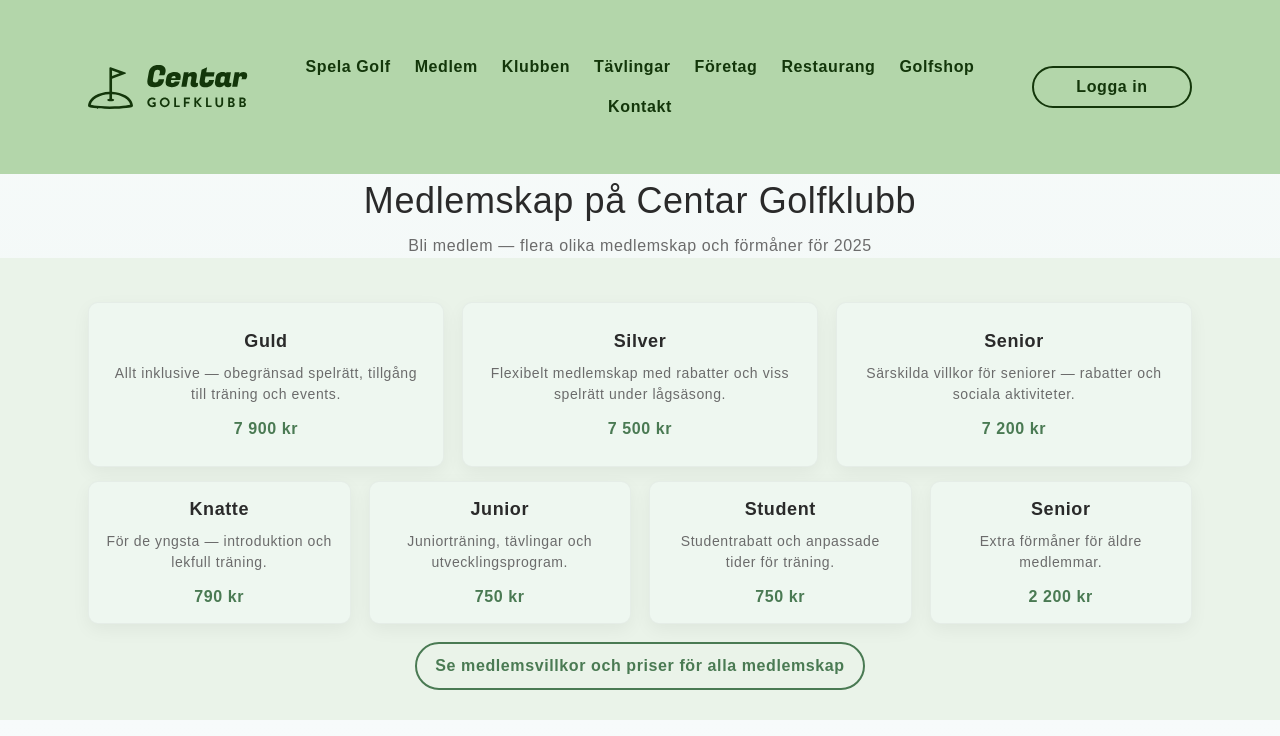
Repository: Tamana831/GolfklubbCentar
Page: Medlem.html
An editor plug-in stored every save of this project. The page is shown before and after the next save, followed by the edit.
The browser window is 1280 px wide. The pictures show the part of the page from y = 0 to 736 px (the page is 2431 px tall before and 2491 px after).
A picture or video elsewhere on the page could not be fetched, so the positions and the page height are approximate.

Above is the page before, as saved 2025-10-22 12:20:22.

### Medlem.html
<!DOCTYPE html>
<html lang="sv">
  <head>
    <meta charset="UTF-8" />
    <meta name="viewport" content="width=device-width, initial-scale=1.0" />
    <title>Medlemskap – Centar GK</title>

    <!-- CSS -->
    <link rel="stylesheet" href="styles/variables.css" />
    <link rel="stylesheet" href="styles/base.css" />
    <link rel="stylesheet" href="styles/medlem.css" />
  </head>

  <body>
    <!-- HEADER -->
    <header class="bg-green-mid">
      <nav class="container main-nav-wrapper">
        <a href="#">
          <img src="images/centar_logotype_primary_dark.svg" alt="Centar logotype" class="logotype" />
        </a>

        <input type="checkbox" id="menu-toggle" />
        <label for="menu-toggle" class="menu-button-container">
          <span class="menu-button"></span>
        </label>

        <div class="menu-wrapper">
          <ul>
            <li><a href="spelagolf.html">Spela Golf</a></li>
            <li><a href="medlem.html">Medlem</a></li>
            <li><a href="klubben.html">Klubben</a></li>
            <li><a href="tavling.html">Tävlingar</a></li>
            <li><a href="foretag.html">Företag</a></li>
            <li><a href="restaurang.html">Restaurang</a></li>
            <li><a href="golfshop.html">Golfshop</a></li>
            <li><a href="kontakt.html">Kontakt</a></li>
          </ul>

          <a href="#" class="button btn-primary-outline">Logga in</a>
        </div>
      </nav>
    </header>


  <!-- RUBRIK -->
    <section class="container">

    </section>

    <!-- MEDLEMSKORT -->
    <div class="container">
        <h1 class="page-title">Medlemskap på Centar Golfklubb</h1>
        <p class="subtitle">Bli medlem — flera olika medlemskap och förmåner för 2025</p>
      </div>
    <section class="memberships">
      <div class="container">
        <div class="cards-grid cards-grid-top">
          <article class="card">
            <h3>Guld</h3>
            <p class="card-text">Allt inklusive — obegränsad spelrätt, tillgång till träning och events.</p>
            <div class="price">7 900 kr</div>
          </article>

          <article class="card">
            <h3>Silver</h3>
            <p class="card-text">Flexibelt medlemskap med rabatter och viss spelrätt under lågsäsong.</p>
            <div class="price">7 500 kr</div>
          </article>

          <article class="card">
            <h3>Senior</h3>
            <p class="card-text">Särskilda villkor för seniorer — rabatter och sociala aktiviteter.</p>
            <div class="price">7 200 kr</div>
          </article>
        </div>

        <div class="cards-grid cards-grid-bottom">
          <article class="card small">
            <h4>Knatte</h4>
            <p class="card-text">För de yngsta — introduktion och lekfull träning.</p>
            <div class="price">790 kr</div>
          </article>

          <article class="card small">
            <h4>Junior</h4>
            <p class="card-text">Juniorträning, tävlingar och utvecklingsprogram.</p>
            <div class="price">750 kr</div>
          </article>

          <article class="card small">
            <h4>Student</h4>
            <p class="card-text">Studentrabatt och anpassade tider för träning.</p>
            <div class="price">750 kr</div>
          </article>

          <article class="card small">
            <h4>Senior</h4>
            <p class="card-text">Extra förmåner för äldre medlemmar.</p>
            <div class="price">2 200 kr</div>
          </article>
        </div>

        <div class="center-cta">
          <a class="btn-outline" href="#">Se medlemsvillkor och priser för alla medlemskap</a>
        </div>
      </div>
    </section>
     <!-- BENEFITS -->
    <section class="benefits">
      <div class="container benefits-inner">
        <div class="image-wrap">
          <img src="/img/benefit.jpg" alt="Golf fördelar" />
        </div>

        <div class="benefits-text">
          <h2>Varför bli medlem hos oss?</h2>
          <ul>
            <li>Tillgång till 18-hålsbanan året runt.</li>
            <li>Träningspass med klubbens proffs.</li>
            <li>Rabatter i restaurangen och shop.</li>
            <li>Gemenskap, tävlingar och sociala event.</li>
          </ul>
        </div>
      </div>
    </section>

    <!-- MEDLEMSANSÖKAN -->
    <section id="membership-apply" class="membership-apply">
      <div class="apply-box">
        <h2>Bli medlem idag</h2>
        <p>Fyll i dina uppgifter så kontaktar vi dig med mer information om medlemskap.</p>

        <form class="apply-form">
          <label for="name">Namn*</label>
          <input type="text" id="name" placeholder="Ditt namn" required>

          <label for="email">E-post*</label>
          <input type="email" id="email" placeholder="namn@exempel.se" required>

          <label for="phone">Telefonnummer</label>
          <input type="tel" id="phone" placeholder="070-123 45 67">

          <label for="membership">Välj medlemskap</label>
          <select id="membership">
            <option value="">Välj...</option>
            <option value="guld">Guld</option>
            <option value="silver">Silver</option>
            <option value="senior">Senior</option>
            <option value="junior">Junior</option>
            <option value="student">Student</option>
          </select>

          <button type="submit">Skicka ansökan</button>
        </form>
      </div>
    </section>

    <!-- FOOTER -->
    <footer class="bg-green-dark">
      <div class="container text-white footer-wrapper">
        <nav class="foot-nav-wrapper body-sm">
          <div class="foot-nav-item foot-logo-wrapper">
            <a href="#">
              <img src="/images/centar_logo_wordmark_neg.svg" alt="Centar logotype negative" class="logo-wordmark" />
            </a>
          </div>

          <section class="foot-nav-item">
            <h5 class="overline">Navigera</h5>
            <ul>
              <li><a href="#">Om klubben</a></li>
              <li><a href="#">Banan</a></li>
              <li><a href="#">Företag & Partners</a></li>
              <li><a href="#">Träna Golf</a></li>
              <li><a href="#">Gäst</a></li>
            </ul>
          </section>

          <section class="foot-nav-item">
            <h5 class="overline">Öppettider</h5>
            <p>Måndag – Lördag: 7.30-17.00</p>
            <p>Söndag: 7.30–16.00</p>
          </section>

          <section class="foot-nav-item">
            <h5 class="overline">Kontakt</h5>
            <a href="mailto:centar@info.se">info@centargolfklubb.se</a>
            <a href="tel:+123456789">012-345 678</a>
            <address>Bergkvarn<br />700 88 Örebro</address>
          </section>

          <section class="foot-nav-item">
            <h5 class="overline">Följ oss</h5>
            <ul>
              <li><a href="#">Instagram</a></li>
              <li><a href="#">Facebook</a></li>
              <li><a href="#">LinkedIn</a></li>
            </ul>
          </section>
        </nav>

        <div class="byline-wrapper text-center">
          <p>&copy; 2025 | Designad och utvecklad av webd25jon TUC | HTML och CSS</p>
        </div>
      </div>
    </footer>

  </body>
</html>

### styles/variables.css
/* Variabler. I och med att vi lägger det i root så går de att nå i alla css-filer.*/
:root {
  /* FÄRGER */
  --color-green-dark: #13360a;
  --color-green-mid: #b3d6aa;
  --color-green-light: #ecf6e9;
  --color-green-accent: #14bf71;

  --color-blue-mid: #c8e0e8;
  --color-blue-light: #e4f0f4;
  --color-beige-light: #f4f3e9;

  --color-text-black: #262626;
  --color-text-grey: #3d3d3d;
  --color-text-white: #ffffff;

  /* SPACING */
  --space-xxs: 0.5rem; /* 8px, minsta avstånd, typ ikoner, små knappar*/
  --space-xs: 1rem; /* 16px, litet avstånd, tex mellan text och knapp  */
  --space-sm: 1.5rem; /* 24px, lite större, ofta mellan rubrik och text */
  --space-md: 2.5rem; /* 40px, ännu lite större, ofta mellan större rubrik och text */
  --space-lg: 3.5rem; /* 56px */
  --space-xl: 5rem; /* 80px, större block, typ mellan sektioner*/
  --space-xxl: 7.5rem; /* 120px, stort avstånd mellan sektioner */
}

### styles/Medlem.css
/* styles.css */
:root{
  --green-100: #eaf3e9;
  --green-200: #cfe6cf;
  --green-500: #91b67f;
  --accent: #4a7a53;
  --muted: #6b6b6b;
  --card-bg: #ffffff;
  --radius: 12px;
  --container-max: 1100px;
  font-family: 'Poppins', system-ui, -apple-system, "Segoe UI", Roboto, "Helvetica Neue", Arial;
}

*{box-sizing:border-box}
html,body{height:100%}
body{
  margin:0;
  color:#222;
  background: linear-gradient(180deg, #f7fbfb 0%, #f0f6f3 100%);
  -webkit-font-smoothing:antialiased;
  -moz-osx-font-smoothing:grayscale;
  line-height:1.45;
}

/* container */
.container{
  width:90%;
  max-width:var(--container-max);
  margin:0 auto;
}

/* Hero */
.hero{
  padding:30px 0 10px;
  background:linear-gradient(180deg, rgba(255,255,255,0.85), rgba(248,252,249,0.9));
}
.page-title{
  margin:0 0 6px;
  font-size:36px;
  text-align:center;
  font-weight:500;
}
.subtitle{
  text-align:center;
  color:var(--muted);
  margin-top:6px;
}

/* Memberships */
.memberships{
  padding:30px 0;
  background:var(--green-100);
}
.cards-grid{
  display:grid;
  gap:18px;
  margin:14px 0;
}
.cards-grid-top{
  grid-template-columns: repeat(3, 1fr);
}
.cards-grid-bottom{
  grid-template-columns: repeat(4, 1fr);
}

/* Card */
.card{
  background:var(--card-bg);
  border-radius:var(--radius);
  padding:18px;
  box-shadow: 0 6px 18px rgba(20,20,20,0.05);
  border: 1px solid rgba(0,0,0,0.04);
}
.card h3, .card h4{
  margin:0 0 8px;
  font-size:18px;
}
.card .card-text{
  color:var(--muted);
  font-size:14px;
  margin-bottom:12px;
}
.price{
  font-weight:700;
  color:var(--accent);
  font-size:16px;
}

/* small cards slightly different padding */
.card.small{padding:14px}

/* CTA center */
.center-cta{
  display:flex;
  justify-content:center;
  margin-top:18px;
}
.btn-outline{
  display:inline-block;
  padding:10px 18px;
  border-radius:999px;
  border:2px solid var(--accent);
  color:var(--accent);
  text-decoration:none;
  font-weight:600;
}

/* Benefits (bilder + text) */
.benefits{
  padding:36px 0 80px;
}
.benefits-inner{
  display:grid;
  grid-template-columns: 1fr 1fr;
  gap:28px;
  align-items:center;
  background:transparent;
}
.image-wrap img{
  width:100%;
  height:auto;
  border-radius:16px;
  display:block;
  box-shadow: 0 10px 30px rgba(10,10,10,0.06);
}
.benefits-text h2{
  margin-top:0;
  font-size:26px;
}
.benefits-text ul{
  padding-left:18px;
  color:var(--muted);
  margin-top:12px;
}
.benefits-text li{
  margin-bottom:10px;
}

/* -- Medlemsansökan box -- */
.membership-apply {
  background: #C8E0E8;
  padding: 60px 20px;
  display: flex;
  justify-content: center;
}

.apply-box {
  background: #ffffff;
  border-radius: 16px;
  padding: 40px 30px;
  box-shadow: 0 8px 20px rgba(0,0,0,0.08);
  max-width: 500px;
  width: 100%;
  text-align: center;
}

.apply-box h2 {
  color: #1f2b28;
  margin-bottom: 10px;
}

.apply-box p {
  color: #555;
  margin-bottom: 25px;
}

.apply-form {
  display: flex;
  flex-direction: column;
  gap: 14px;
  text-align: left;
}

.apply-form label {
  font-weight: 500;
  font-size: 0.95rem;
  color: #333;
}

.apply-form input,
.apply-form select {
  padding: 10px 12px;
  border-radius: 10px;
  border: 1px solid #ccc;
  font-size: 0.95rem;
}

.apply-form button {
  margin-top: 10px;
  background: #4a7a53;
  color: white;
  border: none;
  border-radius: 999px;
  padding: 12px 20px;
  font-size: 1rem;
  font-weight: 600;
  cursor: pointer;
  transition: background 0.25s ease;
}

.apply-form button:hover {
  background: #3d6848;
}

/* Footer */
.site-footer{
  padding:20px 0;
  border-top:1px solid rgba(0,0,0,0.04);
  background:transparent;
}
.footer-inner{display:flex;justify-content:center;color:var(--muted);font-size:14px}

/* Responsive */
@media (max-width: 992px){
  .cards-grid-top{grid-template-columns: repeat(2, 1fr);}
  .cards-grid-bottom{grid-template-columns: repeat(2, 1fr);}
  .benefits-inner{grid-template-columns:1fr;}
  .page-title{font-size:30px}
}

@media (max-width: 640px){
  .main-nav{display:none}
  .header-inner{padding:0 4px}
  .cards-grid-top{grid-template-columns:1fr;}
  .cards-grid-bottom{grid-template-columns:1fr;}
  .page-title{font-size:24px}
  .hero{padding:26px 0}
  .logo-mark{width:40px;height:40px}
  .benefits{padding:20px 0}
}
/* Fonts & Base */
body {
    margin: 0;
    font-family: Arial, sans-serif;
    color: #2a2a2a;
}

/* Layout helpers */
.container {
    width: 90%;
    max-width: 1200px;
    margin: auto;
}

/* Header */
header {
    background: #d7e9da;
    padding: 15px 0;
}

.nav {
    display: flex;
    justify-content: space-between;
    align-items: center;
}

.logo {
    font-weight: bold;
    font-size: 20px;
}

nav ul {
    list-style: none;
    display: flex;
    gap: 25px;
}

nav a {
    text-decoration: none;
    color: #1c421f;
    font-weight: 500;
}

.login-btn {
    background: white;
    padding: 8px 16px;
    border-radius: 20px;
    color: #1c421f;
    text-decoration: none;
    border: 1px solid #1c421f;
}

/* Hero */
.hero {
    text-align: center;
    padding: 60px 20px;
}

.hero h1 {
    font-size: 32px;
    margin-bottom: 10px;
}

/* Cards */
.cards {
    display: grid;
    grid-template-columns: repeat(auto-fit, minmax(250px, 1fr));
    gap: 20px;
    margin: 40px 0;
}

.card {
    background: #eef7f0;
    border-radius: 10px;
    padding: 25px;
    text-align: center;
}

.price {
    display: block;
    margin-top: 10px;
    font-weight: bold;
}

/* CTA */
.cta-center {
    text-align: center;
    margin: 30px 0 60px;
}

.cta-btn {
    background: #1c421f;
    color: white;
    padding: 14px 26px;
    border-radius: 25px;
    text-decoration: none;
}

/* Footer */
footer {
    text-align: center;
    padding: 20px;
    background: #d7e9da;
    margin-top: 40px;
}

Loaded but not shown: styles/base.css (424 lines, source omitted)

After the next save:
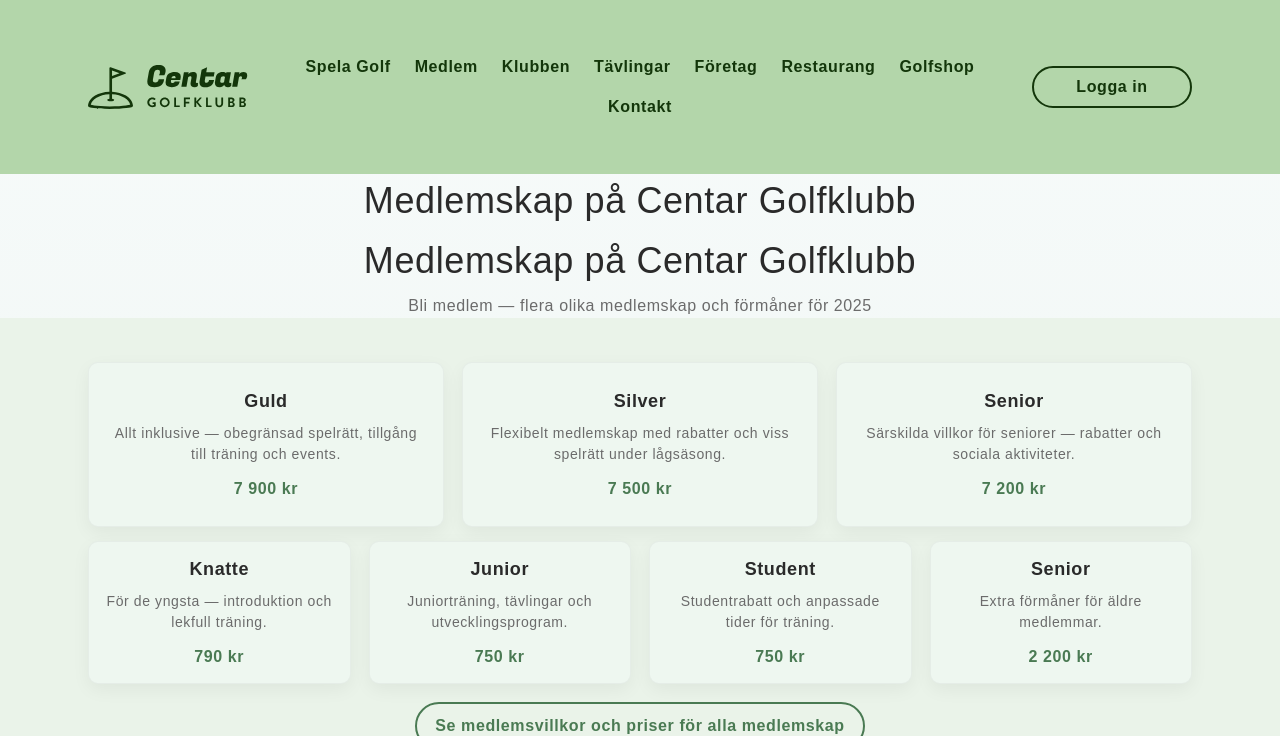
Saved 42 s later.
--- a/Medlem.html
+++ b/Medlem.html
@@ -44,6 +44,8 @@
 
   <!-- RUBRIK -->
     <section class="container">
+      <div class="page-header">
+        <h1 class="page-title">Medlemskap på Centar Golfklubb</h1>
 
     </section>
 

After the 2 saves that followed:
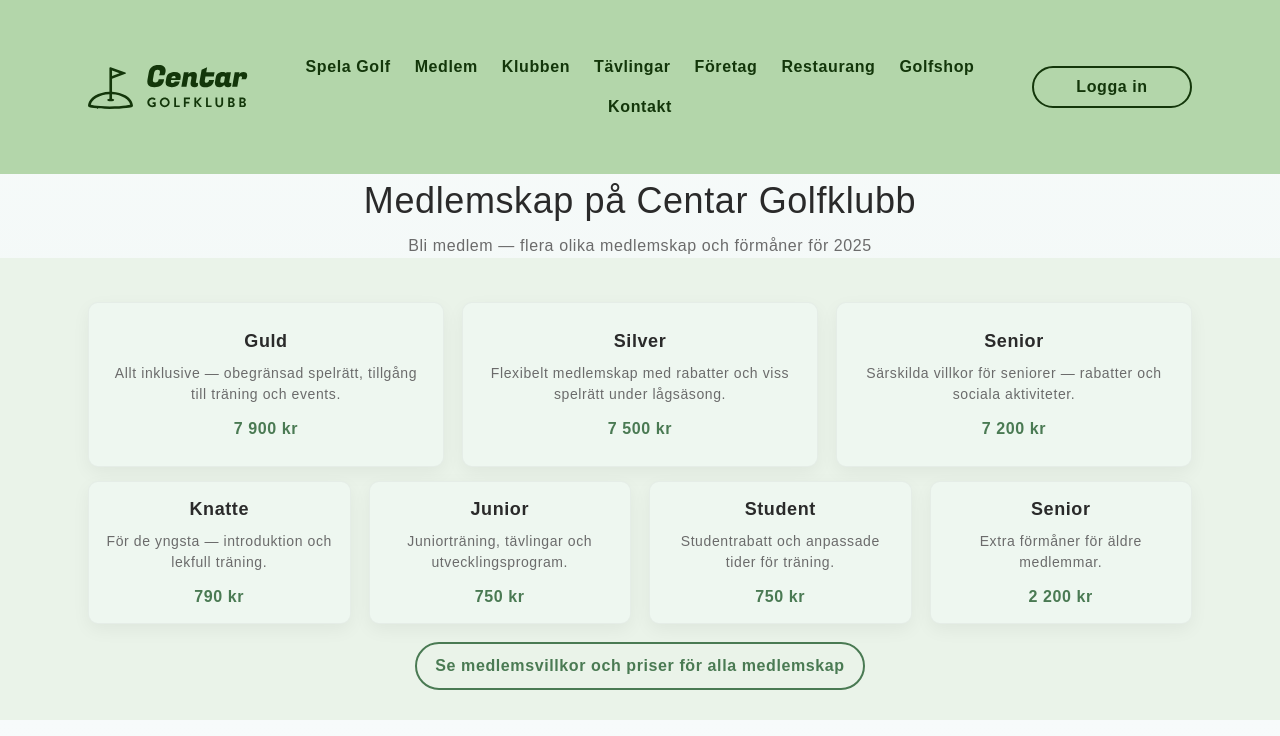
The 2 saves are shown as one change because 1 left the picture as it was.
The last was saved 2 min 9 s later.
--- a/Medlem.html
+++ b/Medlem.html
@@ -50,10 +50,10 @@
     </section>
 
     <!-- MEDLEMSKORT -->
-    <div class="container">
-        <h1 class="page-title">Medlemskap på Centar Golfklubb</h1>
+    <section class="container">
+
         <p class="subtitle">Bli medlem — flera olika medlemskap och förmåner för 2025</p>
-      </div>
+      </section>
     <section class="memberships">
       <div class="container">
         <div class="cards-grid cards-grid-top">
